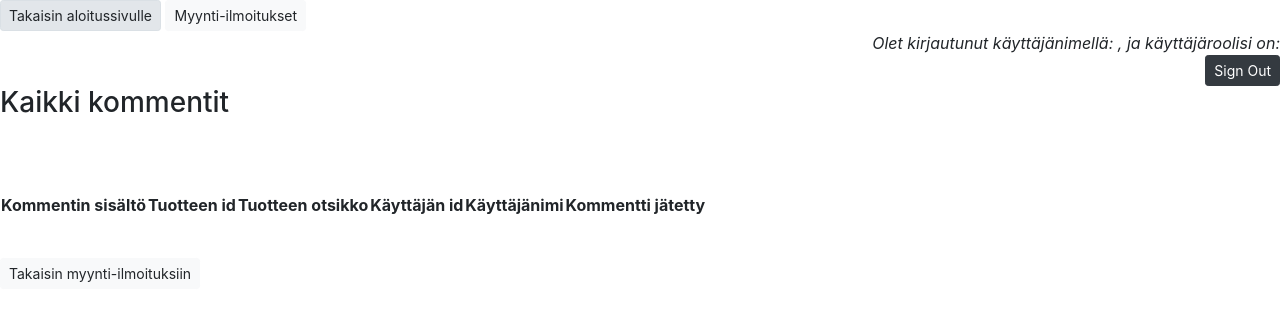
Repository: LiljestromNadja/Backend_s2023_harjoitustyo
Page: http://localhost/allComments
These files come from the project's save history. The page is drawn as it stood at one moment and after the next save; the edit follows.
The browser window is 1280 px wide. The pictures show the whole page.
The page is this project's Thymeleaf template; nobody is signed in. The template is opened directly, without the code that normally fills it, so the values that code supplies are empty.

Above is the page before, as saved 2023-11-09 17:53:59.

### harkkas23v01/src/main/resources/templates/allComments.html
<!DOCTYPE HTML>
<html xmlns:th="http://www.thymeleaf.org">
	<head>
	<title>Kaikki kommentit</title>
	<meta http-equiv="Content-Type" content="text/html; charset=UTF-8" />
	<!-- Bootstrap-linkki vaihdettu 30-10-2023 -->
	<link rel="stylesheet" href="https://cdn.jsdelivr.net/npm/bootstrap@4.0.0/dist/css/bootstrap.min.css" integrity="sha384-Gn5384xqQ1aoWXA+058RXPxPg6fy4IWvTNh0E263XmFcJlSAwiGgFAW/dAiS6JXm" crossorigin="anonymous"> <!-- Lisättiin tyyli, bootstrap 4.0 -->
	<!-- Lisättiin tyyli, bootstrap 4.0 -->
	</head>
	<body>
		<div>
			<a href="/index"><button class="text-left btn btn-light btn-sm">Takaisin aloitussivulle</button></a>
			<a href="/articlelist"><button class="text-left btn btn-light btn-sm">Myynti-ilmoitukset</button></a>
		</div>

		<div class="text-right">
			<i>Olet kirjautunut käyttäjänimellä: <b sec:authentication="name"></b>,
				ja käyttäjäroolisi on: <b sec:authentication="principal.authorities"></b></i>

			<br>
			<form class="text-right" th:action="@{/logout}" method="post">
				<input type="submit" value="Sign Out" class="btn btn-sm btn-dark" />
			</form>

		</div>
		<h3>Kaikki kommentit</h3>

		<div style="clear: both; display: block; height: 40px;"></div>

		<table>
			<tr>
				<th>Kommentin sisältö</th> <!-- th == tableHeader -->
				<th>Tuotteen id</th>
				<th>Tuotteen otsikko</th>
				<th>Käyttäjän id</th>
				<th>Käyttäjänimi</th>
				<th>Kommentti jätetty</th>
				<th sec:authorize="hasAuthority('ADMIN')">Adminin alue</th>
				</br>
			</tr>

			<tr th:each="comment : ${comments}">
				<td th:text="${comment.commentmessage}"></td>
				<td th:text="${comment?.article?.id}"></td>
				<td th:text="${comment?.article?.title}"></td>
				<td th:text="${comment?.applicationuser?.id}"></td>
				<td th:text="${comment?.applicationuser?.username}"></td>
				<td th:text="${comment.commentcreated}"></td>

				<!-- Vain ADMIN-roolin omaavalla on oikeus poistaa kommentteja -->
				<td sec:authorize="hasAuthority('ADMIN')"><a th:href="@{/deleteComment/{id}(id=${comment.commentid})}" class="btn btn-xs btn-danger btn-sm">Delete</a></td>
			</tr>
		</table>

		<div style="clear: both; display: block; height: 40px;"></div>

		<a href="/articlelist"><button class="text-left btn btn-light btn-sm">Takaisin myynti-ilmoituksiin</button></a>


		<!-- USER tai ADMIN voi lisätä kommentin. Alloleva linkki osoittaa endpointiin chooseArticleToComment,
		jossa kommentti liitetään käyttäjän listauksesta valitsemaan myynti-ilmoitukseen-->
		<a sec:authorize="hasAuthority('ADMIN') or hasAuthority('USER')"  th:href="@{chooseArticleToComment/}">
			<button class="text-left btn btn-dark btn-sm">Kommentoi valitsemaasi ilmoitusta</button>
		</a>

	</body>
</html>

After the next save:
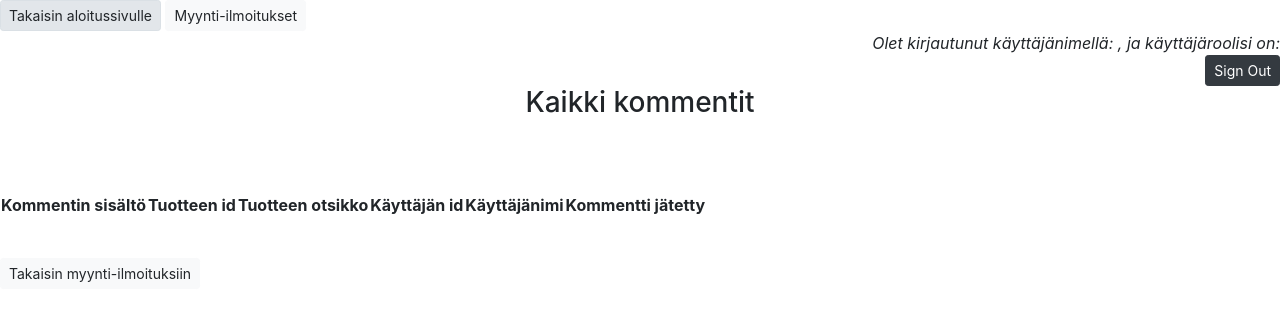
Saved 18 s later.
--- a/harkkas23v01/src/main/resources/templates/allComments.html
+++ b/harkkas23v01/src/main/resources/templates/allComments.html
@@ -23,7 +23,7 @@
 			</form>
 
 		</div>
-		<h3>Kaikki kommentit</h3>
+		<h3 style="text-align: center">Kaikki kommentit</h3>
 
 		<div style="clear: both; display: block; height: 40px;"></div>
 
